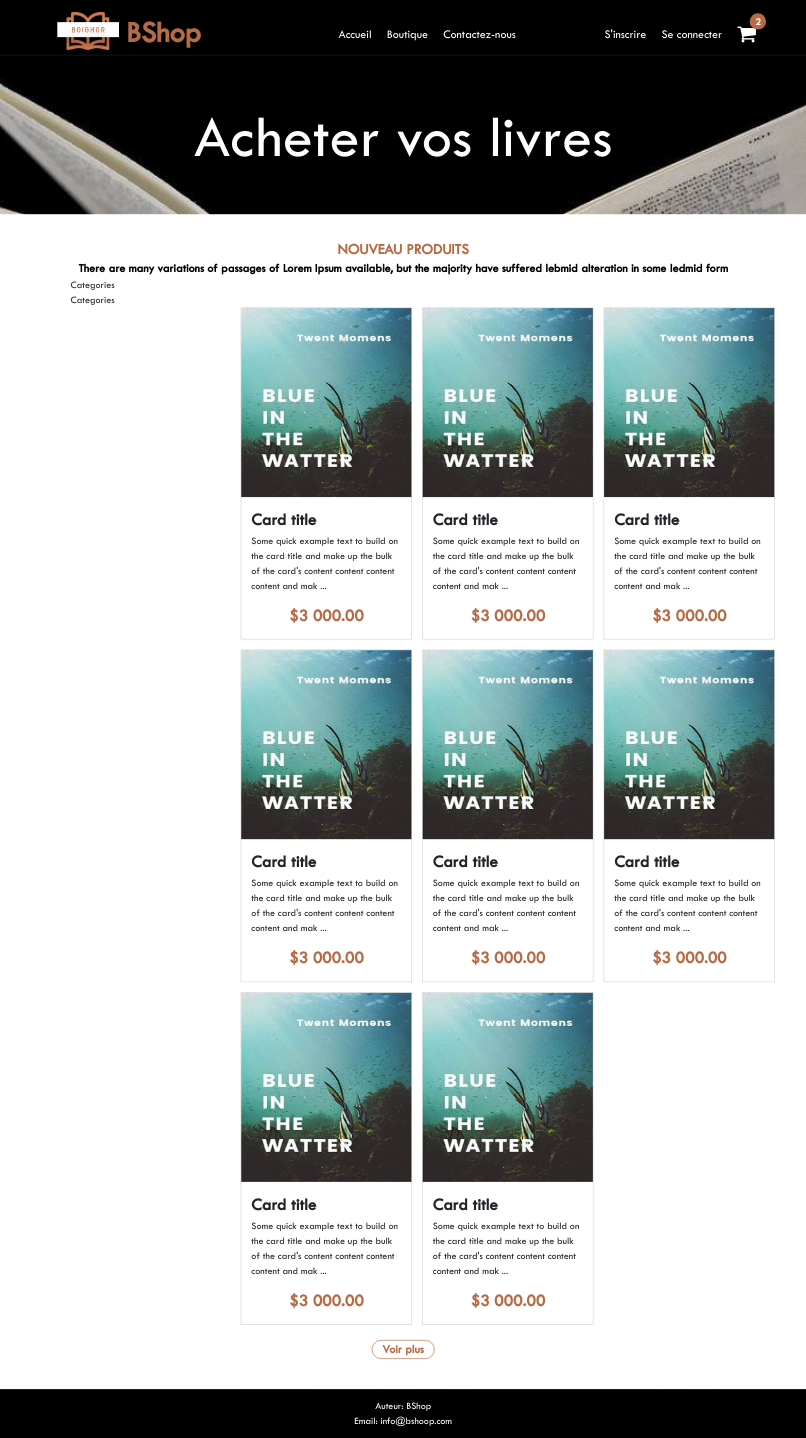
Repository: padevft/e-commerce-php
Page: http://localhost/server/pages/shop.php
These files come from the project's save history. The page is drawn as it stood at one moment and after the next save; the edit follows.
The browser window is 1280 px wide. The pictures show the whole page, at 63% of full size.
The page is run by PHP 8.4 with error messages shown; the project is at /var/www/html/.

Above is the page before, as saved 2023-09-18 11:01:25.

After the next save:
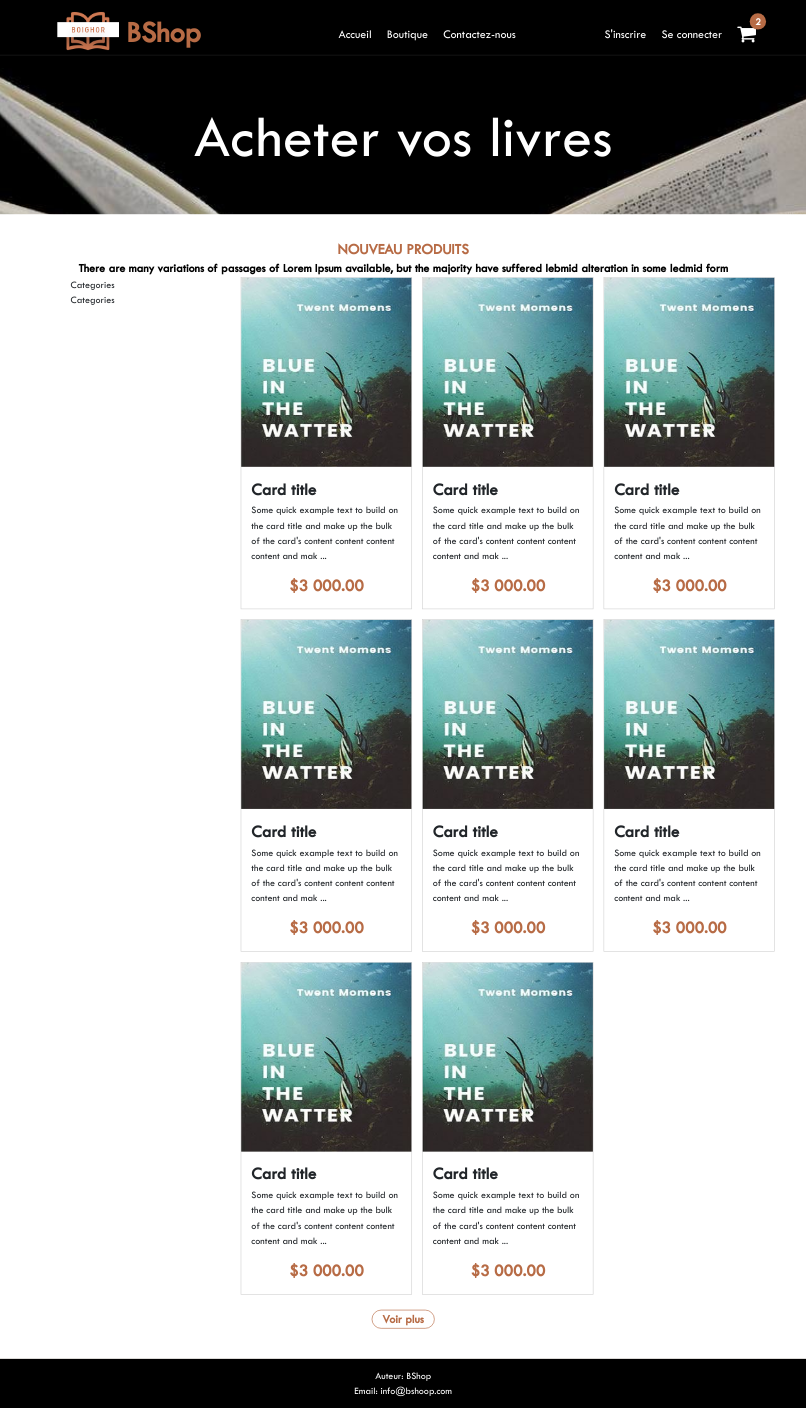
Saved 112 s later.
--- a/client/css/styles.css
+++ b/client/css/styles.css
@@ -177,7 +177,6 @@ Main
   display: grid;
   grid-template-columns: repeat(3, 1fr);
   grid-gap: 1rem;
-  padding-top: 3rem;
 }
 
 .item-product {
